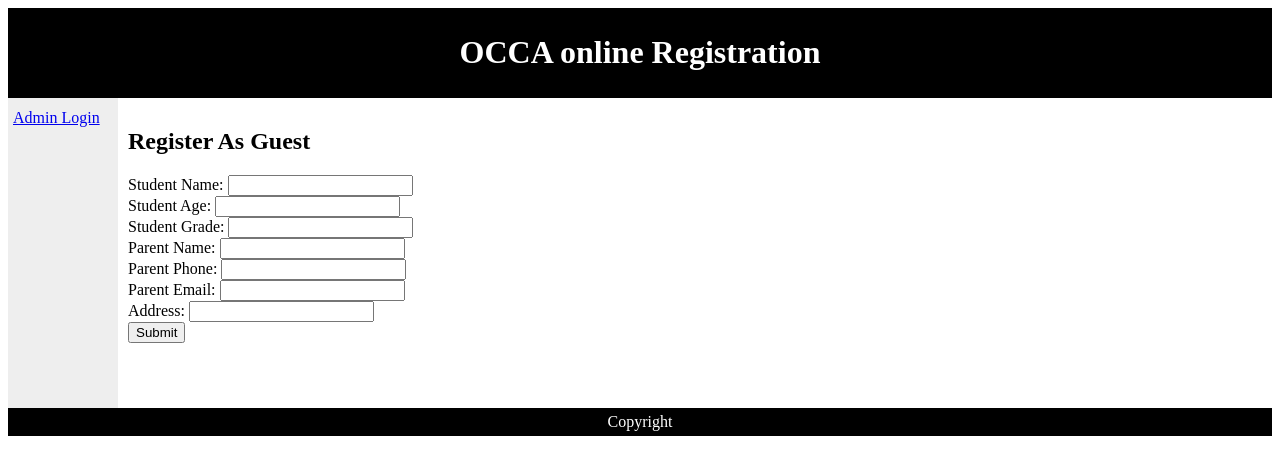
Repository: dreamxia329/TechExercise4830
Page: T3-0325-xia/T3-webProject-Xia/WebContent/register.html
The author's editor kept a copy of each file at every save. The page is drawn from the files as they stood at one save, then again after the next save.
The browser window is 1280 px wide. The pictures show the whole page.

Above is the page before, as saved 2022-03-31 01:31:22.

After the next save:
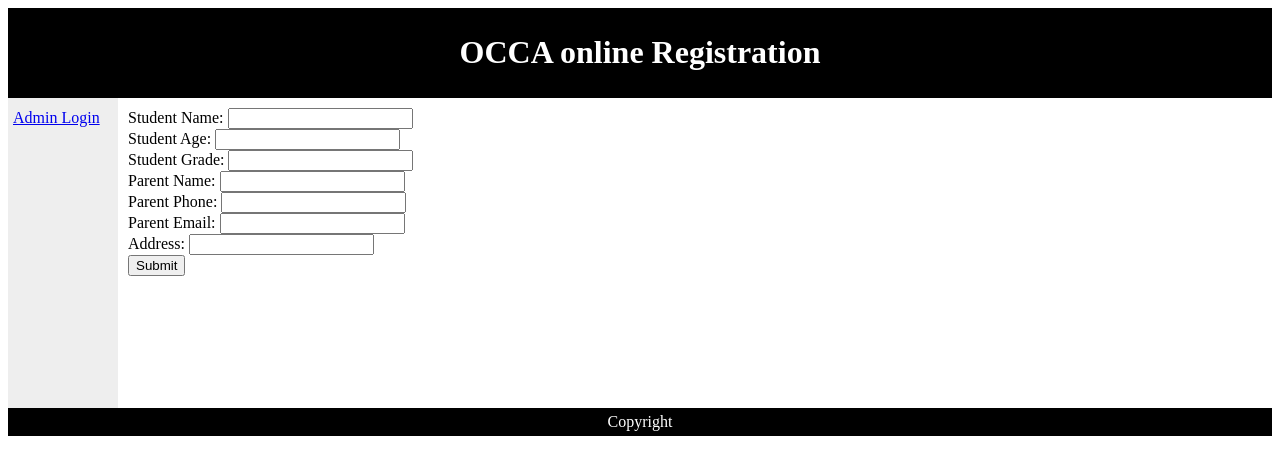
Saved 2 h 25 min later.
--- a/T3-0325-xia/T3-webProject-Xia/WebContent/register.html
+++ b/T3-0325-xia/T3-webProject-Xia/WebContent/register.html
@@ -43,7 +43,6 @@ footer {
 	</nav>
 
 	<section>
-		<h1>Register As Guest</h1>
 
 		<form action="RegisterServlet" method="POST">
 
